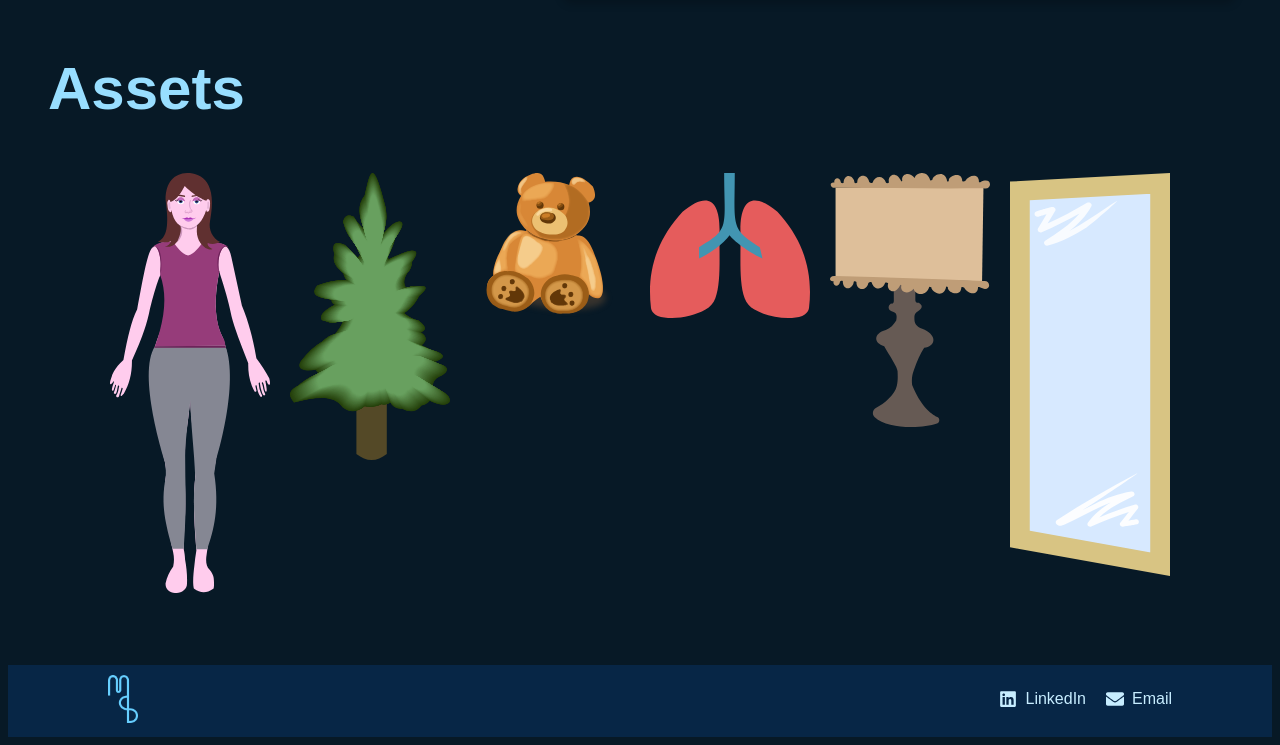
Repository: madelinestruthers/madeline-portfolio-site
Page: /Projects/motion-project
The author's editor kept a copy of each file at every save. The page is drawn from the files as they stood at one save, then again after the next save.
The browser window is 1280 px wide. The pictures show the part of the page from y = 687 to 1432 px (the page is 1432 px tall before and 1400 px after).
The project was rebuilt for these pictures with package versions that can differ from the ones it lists, and the page was loaded fresh each time. The framework's server and built-in components were replaced by stand-ins that run in the browser. Also part of the build but not shown: next.config.mjs.

Above is the page before, as saved 2025-03-28 20:26:15.

### src/pages/Projects/motion-project.js
import NavBar from "@/components/NavBar";
import Footer from "@/components/Footer";
import styles from "@/styles/MotionProject.module.css";
import Image from "next/image";

export default function MotionProject() {
    return (
        <div className={styles.page}> {/* ✅ Add a wrapper div */}
            <NavBar />

            <main className={styles.container}>
                <h1 className={styles.h1Style}>How to Ground Yourself</h1>

                {/* Video & Description Row on Desktop (Video on Right) */}
                <div className={styles.videoDescriptionWrapper}>

                    {/* Project Details (Left Side on Desktop) */}
                    <div className={styles.descriptionContainer}>
                        <p className={styles.description}>
                            Made for kids, this motion graphics piece explores mindfulness and grounding through fluid animation, soft colors, and soothing music. Created with <strong className={styles.bold}>After Effects</strong> and <strong className={styles.bold}>Illustrator</strong>, it delivers a calm, immersive experience.
                        </p>
                    </div>

                    {/* Video Section (Right Side on Desktop) */}
                    <div className={styles.videoContainer}>
                        <iframe
                            className={styles.video}
                            src="https://www.youtube.com/embed/LDuL9oxN3RY?si=x8TfYwBB4a7iYpOd"
                            title="YouTube video player"
                            allow="accelerometer; autoplay; clipboard-write; encrypted-media; gyroscope; picture-in-picture; web-share"
                            referrerPolicy="strict-origin-when-cross-origin"
                            allowFullScreen
                        ></iframe>
                    </div>

                </div>
                <h2 className={styles.h1Style}>Assets</h2>
                <div className={styles.assetContainer}>
                    <div className={styles.assets}>
                        <Image src="/images/Asset1.svg" alt="Asset 1" width={150} height={150} className={styles.assetImage} />
                        <Image src="/images/Asset2.svg" alt="Asset 2" width={150} height={150} className={styles.assetImage} />
                        <Image src="/images/Asset3.svg" alt="Asset 3" width={150} height={150} className={styles.assetImage} />
                        <Image src="/images/Asset4.svg" alt="Asset 1" width={150} height={150} className={styles.assetImage} />
                        <Image src="/images/Asset5.svg" alt="Asset 1" width={150} height={150} className={styles.assetImage} />
                        <Image src="/images/Asset6.svg" alt="Asset 1" width={150} height={150} className={styles.assetImage} />
                    </div>
                </div>
            </main>

            <Footer />
        </div>
    );
}

### src/styles/globals.css
:root {
  --background: #071926;
  --foreground: #171717;
    --accent: #98deff; /* Change to your preferred color */
}

@media (prefers-color-scheme: dark) {
  :root {
    --background: #071926;
    --foreground: #ffffff;
  }
}

html,
body {
  max-width: 100vw;
  overflow-x: hidden;
}


body {
  color: var(--foreground);
  background: var(--background);
  font-family: comme, Poppins, sans-serif;
  font-size: 16px;
}

/* styles*/



a {
  color: inherit;
  text-decoration: none;
}

.projects-page {
  display: flex;
  flex-direction: column;
  min-height: 100vh;
}

/* 📌 Title & Filter Layout */
.projects-header {
  display: flex;
  justify-content: space-between;
  align-items: center;
  padding: 2rem 0;
  width: 100%;
}

/* Align title left */
.projects-header h1 {
  font-size: 60px;
  font-weight: bold;
  margin-left: 100px;
  color: #98deff;
}

/* Align filter right */
.filter-container {
  display: flex;
  align-items: center;
  gap: 10px;
  margin-right: 100px;
}

/* 📌 Apply required #category-filter styling */
#category-filter {
  padding: 10px;
  font-size: 1rem;
  border-radius: 5px;
  border: 1px solid #ccc;
  cursor: pointer;
}

/* 📌 Grid Layout for Projects */
.projects-container {
  display: grid;
  grid-template-columns: 1fr;
  gap: 20px;
  padding-top: 2rem;
  justify-items: center;
  flex-grow: 1; /* Ensures content takes up available space */
}

/* 📌 Handle No Projects */
.no-projects {
  text-align: center;
  font-size: 1.2rem;
  color: #999;
}

/* 📌 Stick Footer to Bottom */
footer {
  margin-top: auto;
}


/* 🔥 Tablet View (600px and up) */
@media (min-width: 600px) {
  .projects-container {
    grid-template-columns: repeat(2, 1fr);
  }
}

/* 🖥️ Desktop View (900px and up) */
@media (min-width: 900px) {
  .projects-container {
    grid-template-columns: repeat(3, 1fr);
    margin: 1rem 100px 6rem 100px;
    gap: 6rem;
  }
}

/* 🖥️ Large Desktop View (1400px and up) */
@media (min-width: 1600px) {
  .projects-container {
    grid-template-columns: repeat(4, 1fr);
    margin: 2rem 200px 6rem 200px;
    gap: 8rem;
  }
}

/* 📱 Mobile View: Stack title & filter */
@media (max-width: 899px) {
  .projects-header {
    flex-direction: column;
    align-items: center;
    text-align: center;
    gap: 10px;
  }

  .projects-header h1 {
    margin-left: 0;
  }

  .filter-container {
    margin-right: 0;
  }
}

### src/components/NavBar.js

import React, { useState } from "react";
import Image from "next/image";
import styles from "./Navbar.module.css";

const NavBar = () => {
  const [isMenuOpen, setIsMenuOpen] = useState(false);
  const toggleMenu = () => setIsMenuOpen(!isMenuOpen);

  return (
    <nav className={styles.navbar}>
      <div className={styles["navbar-logo"]}>
        <a href="/">
          <div className={styles["logo-wrapper"]}>
            <Image
              src="/images/ms-logo.svg"
              alt="Logo"
              width={80}
              height={22}
              priority
            />
          </div>
        </a>
      </div>

      <div className={styles.hamburger} onClick={toggleMenu}>
        <div className={styles.bar}></div>
        <div className={styles.bar}></div>
        <div className={styles.bar}></div>
      </div>

      <ul
        className={`${styles["navbar-links"]} ${
          isMenuOpen ? styles["navbar-links-open"] : ""
        }`}
      >
        <li>
          <a href="/projects">Projects</a>
        </li>
        <li>
          <a href="/about">About Me</a>
        </li>
      </ul>
    </nav>
  );
};

export default NavBar;

### src/components/Footer.js
// src/components/Footer.js
import React from "react";
import styles from "./Footer.module.css";
import { FaLinkedin, FaEnvelope } from "react-icons/fa";
import Image from "next/image";

const Footer = () => {
  return (
    <footer className={styles.footer}>
      {/* Left Section: Logo */}
      <div className={styles.logo}>
        <a href="/">
        <Image
            src="/images/ms-logo.png"
            alt="Logo"
            width={30}
            height={48}
          />
        </a>
      </div>

      {/* Right Section: Links */}
      <div className={styles.links}>
        <a
          href="https://linkedin.com/in/madelinestruthers"
          target="_blank"
          rel="noopener noreferrer"
          className={styles.link}
        >
          <FaLinkedin className={styles.icon} /> LinkedIn
        </a>
        <a
          href="mailto:maddiestruthersdesigns@gmail.com"
          className={styles.link}
        >
          <FaEnvelope className={styles.icon} /> Email
        </a>
      </div>
    </footer>
  );
};

export default Footer;

### src/styles/MotionProject.module.css
/* Page Wrapper */
/* Page Wrapper */
.page {
    display: flex;
    flex-direction: column;
    min-height: 100vh;
    /* Ensures the full viewport height */
}

/* Main Content */
.container {
    flex: 1;
    /* Pushes the footer down */
    display: flex;
    flex-direction: column;
    align-items: center;
    padding: 20px;
}

/* Video & Description Layout */
.videoDescriptionWrapper {
    display: flex;
    flex-direction: column;
    /* Mobile: Stacked */
    align-items: center;
    gap: 20px;
    width: 100%;
}

/* Video Styling */
.videoContainer {
    width: 100%;
    max-width: 600px;
    margin-top: 1rem;
}

.video {
    width: 100%;
    height: 50vh;
    border-radius: 10px;
    box-shadow: 0 4px 8px rgba(0, 0, 0, 0.2);
}

/* Title & Description */
.descriptionContainer {
    text-align: left;
    max-width: 600px;
}


.h1Style {
    font-size: 30px;
    color: #98deff;
    font-weight: bold;
    text-align: left;
    /* ✅ Aligns to the left */
    width: 100%;
    /* Makes sure it spans the full width */
    max-width: 1200px;
}


.description {
    font-size: 1rem;
    color: #cbedfd;
    line-height: 1.6;
}

.bold{
    font-weight: 700;
    color: #ffc072;
}

/* Assets Section */
.assetsContainer {
    text-align: left;
    width: 100%;
    display: flex;
    justify-content: flex-start;
  }

  .assets {
    display: flex;
    flex-direction: column;
    align-items: flex-start;
    gap: 20px;
    width: 100%;
  }

  .assetImage {
    height: auto;
  }



.h2Style {
    font-size: 24px;
    color: #C7EDFF;
    margin-bottom: 10px;
}




/* 🔹 Tablet View (iPad) */
@media (min-width: 768px) {
    .container {
        padding: 40px;
    }

    .assets {
        flex-direction: row;
        justify-content: flex-start;
      }

    .h1Style {
        font-size: 36px;
    }

    .description {
        font-size: 1.1rem;
        max-width: 80%;
    }

    .assets {
        flex-direction: row;
        justify-content: center;
      }
}

/* 🖥️ Desktop View */
@media (min-width: 1024px) {
    .container {
        max-width: 1200px;
        margin: auto;
    }

    .videoDescriptionWrapper {
        flex-direction: row;
        /* Desktop: Side-by-Side */
        align-items: flex-start;
        justify-content: space-between;
    }

    .descriptionContainer {
        flex: 1;
        max-width: 40%;
        text-align: left;
        margin-right: 20px;
    }

    .videoContainer {
        flex: 1;
        max-width: 60%;
        /* Make it take half the width */
        order: 2;
    }

    .h1Style {
        font-size: 60px;
    }

    .description {
        font-size: 1.2rem;
        max-width: 100%;
    }

    .assetImage {
        width: 160px;

      }


}

### src/components/Navbar.module.css
/* Base Styles (Mobile First) */
.navbar {
  display: flex;
  justify-content: space-between;
  align-items: center;
  padding: 1.5rem;
  position: sticky;
  z-index: 111;
}

.navbar-logo img{
  display: flex;
  align-items: center;
  width: 45px;
  height: 100px;
}


.navbar-logo a {
  text-decoration: none;
}

.logo-wrapper {
  display: inline-block;
  transform: scale(1);
  transition: transform 0.4s ease-in-out 0.1s, filter 0.4s ease-in-out 0.1s;
  will-change: transform, filter;
}

.logo-wrapper:hover {
  animation: tiltWobble 0.6s ease-in-out 0.1s;
  transform: scale(1.1);
  filter: brightness(1.1) sepia(1) hue-rotate(-20deg) saturate(5);
}

@keyframes tiltWobble {
  0% {
    transform: scale(1.1) rotateZ(0deg);
  }
  30% {
    transform: scale(1.1) rotateZ(-4deg);
  }
  60% {
    transform: scale(1.1) rotateZ(4deg);
  }
  100% {
    transform: scale(1.1) rotateZ(0deg);
  }
}

/* Hamburger Menu */
.hamburger {
  display: flex;
  flex-direction: column;
  justify-content: space-between;
  width: 2.5rem;
  height: 2rem;
  cursor: pointer;
}

.bar {
  height: 5px;
  width: 100%;
  border-radius: 3px;
  transition: all 0.3s ease;
  background-color: #ffb04f;
}

/* Navigation Links */
.navbar-links {
  display: none;
  flex-direction: column;
  list-style: none;
  text-align: left;
  position: absolute;
  top: 100px;
  right: 30px;
  background-color: #072747;
  box-shadow: 0 4px 6px rgba(0, 0, 0, 0.1);
  border-radius: 8px;
  z-index: 10;
  font-size: 20px;
  padding-bottom: 1rem;
}

.navbar-links a {
  text-decoration: none;
  font-size: 20px;
  font-weight: 600;
  color: #c7edff;
  padding-right: 1.5rem;
  padding-top: 1rem;
  display: block;
  transition: color 0.3s ease, border-color 0.3s ease;
  border-bottom: 4px solid transparent;
}

.navbar-links a:hover {
  transition: color 0.3s ease, border-color 0.3s ease;
  color: #ffb04f;
}

/* Show Links When Menu is Open */
.navbar-links-open {
  display: flex;
}

/* Tablet Styles (768px) */
@media (min-width: 768px) {
  .hamburger {
    display: none;
  }

  .navbar-logo{
    width: 40px;
    height: auto;
  }

  .navbar {
    flex-direction: row;
    justify-content: space-between;
    padding: 10px 100px;
  }

  .navbar-links {
    display: flex;
    flex-direction: row;
    position: static;
    background: none;
    box-shadow: none;
    padding: 0;
    gap: 3rem;
  }

  .navbar-links a {
    padding: 0;
    font-size: 18px;
  }
}

/* Desktop Styles (1024px) */
@media (min-width: 1024px) {
  .navbar {
    padding: 20px 100px;
  }

  .navbar-logo img {
    max-width: 100%;
    height: auto;
  }

  .navbar-links a {
    font-size: 18px;
  }
}

### src/components/Footer.module.css
/* src/components/Footer.module.css */
.footer {
    display: flex;
    justify-content: space-between;
    align-items: center;
    padding: 10px 100px; /* Adjust the side padding as needed */
    background-color: hsl(210, 82%, 15%);
    margin-top: 2rem;
  }

  .logo {
    display: flex;
    align-items: center;
  }

  .logoImage {
    width: auto;
  }

  .links {
    display: flex;
    gap: 20px; /* Space between links */

  }

  .link {
    display: flex;
    align-items: center;
    text-decoration: none;
    font-size: 16px;
    color: #C7EDFF; /* Dark text color */
    transition: color 0.3s ease, border-color 0.3s ease;
    border-bottom: 4px solid transparent; /* Hidden underline */
  }

  .link:hover {
    color: #FF8C00
  }

  .icon {
    margin-right: 8px; /* Space between icon and text */
    font-size: 18px;
  }

Loaded but not shown: src/pages/_app.js (common file); src/pages/_document.js (common file)

After the next save:
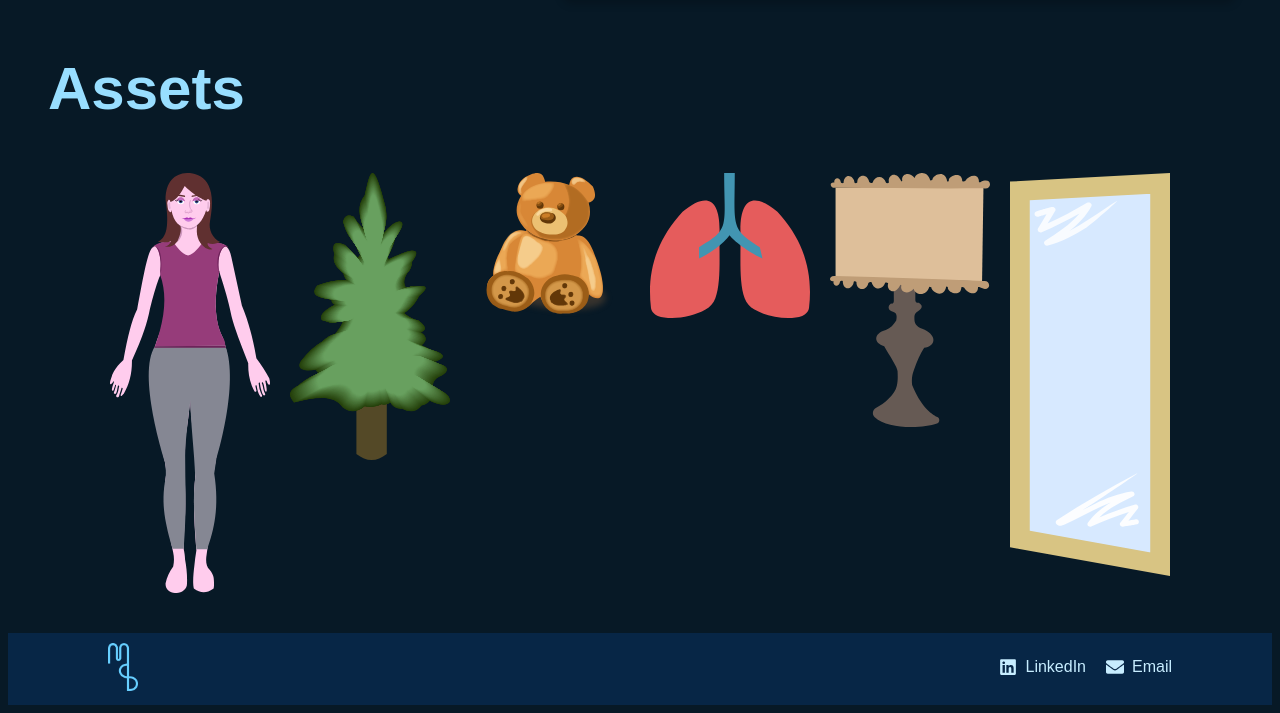
Saved 2 min 21 s later.
--- a/src/components/Footer.module.css
+++ b/src/components/Footer.module.css
@@ -5,7 +5,7 @@
     align-items: center;
     padding: 10px 100px; /* Adjust the side padding as needed */
     background-color: hsl(210, 82%, 15%);
-    margin-top: 2rem;
+
   }
 
   .logo {
